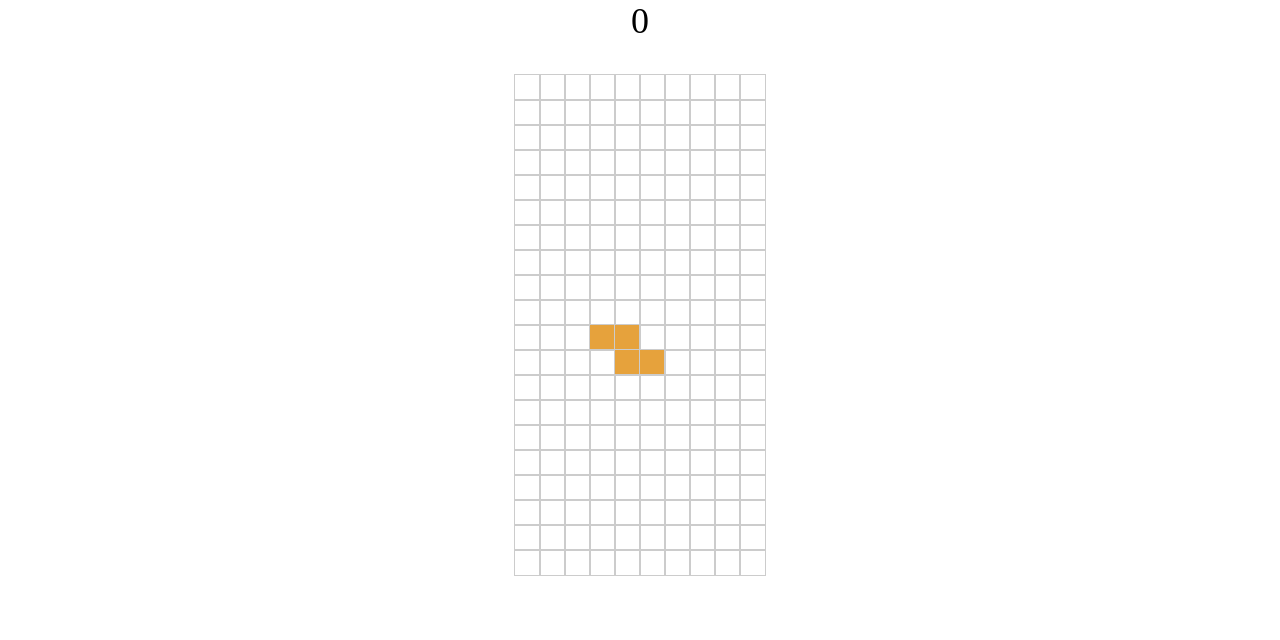
Repository: chlwpdnswku/tetris
Page: index.html
The author's editor kept a copy of each file at every save. The page is drawn from the files as they stood at one save, then again after the next save.
The browser window is 1280 px wide. The pictures show the whole page.

Above is the page before, as saved 2022-12-14 00:15:16.

After the next save:
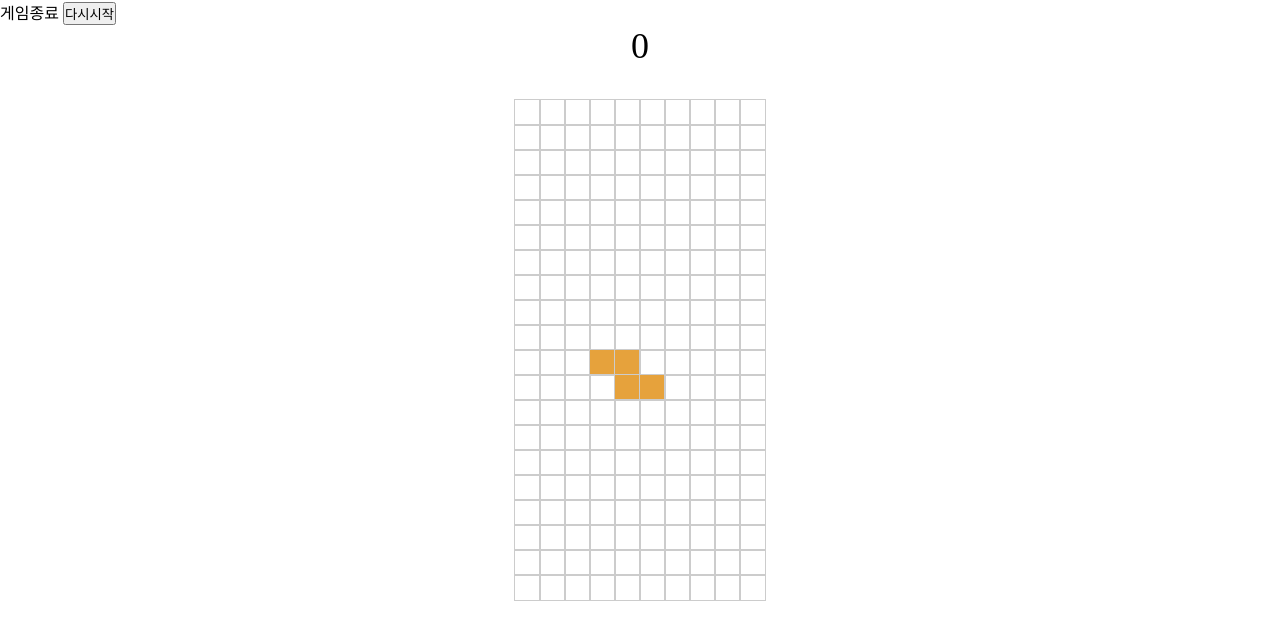
Saved 70 s later.
--- a/index.html
+++ b/index.html
@@ -12,7 +12,10 @@
 
 <body>
     <div class="wrapper">
-        <div class="game-text"></div>
+        <div class="game-text">
+            <span>게임종료</span>
+            <button>다시시작</button>
+        </div>
         <div class="score">0</div>
         <div class="playground">
             <!-- ul  -->
